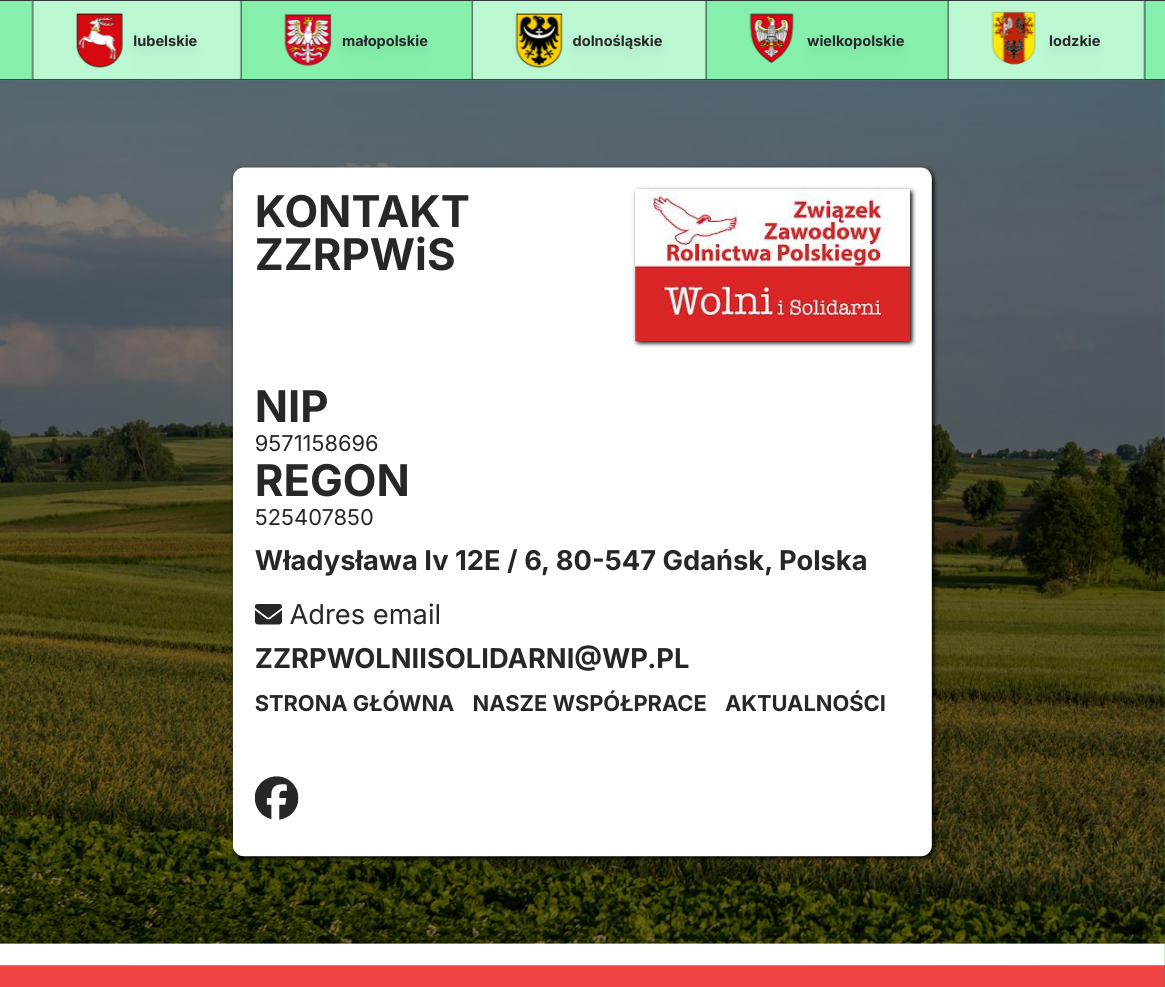
Repository: wesiudev/ZZRPWiS
Page: /kontakt
The author's editor kept a copy of each file at every save. The page is drawn from the files as they stood at one save, then again after the next save.
The browser window is 1280 px wide. The pictures show the whole page, at 91% of full size.
The project was rebuilt for these pictures with package versions that can differ from the ones it lists, and the page was loaded fresh each time. The framework's server and built-in components were replaced by stand-ins that run in the browser. Also part of the build but not shown: next.config.mjs.

Above is the page before, as saved 2024-08-14 21:01:43.

### src/app/layout.tsx
import { Inter } from "next/font/google";
import "./globals.css";
import { Cardo } from "next/font/google";
const cardo = Cardo({
  weight: ["400", "700"],
  style: ["normal", "italic"],
  subsets: ["latin"],
  display: "swap",
  variable: "--font-cardo",
});
const inter = Inter({ subsets: ["latin"] });

export default function RootLayout({
  children,
}: Readonly<{
  children: React.ReactNode;
}>) {
  return (
    <html lang="pl">
      <body
        className={`bg-gradient-to-r from-green-800 via-green-500 to-green-800 ${inter.className} ${cardo.variable}`}
      >
        {children}
      </body>
    </html>
  );
}

### src/app/kontakt/page.tsx
import Pause from "@/components/Pause";
import Regions from "@/components/Regions";
import { Metadata } from "next";
import Image from "next/image";
import Link from "next/link";
import { FaEnvelope, FaFacebook, FaTiktok, FaYoutube } from "react-icons/fa6";

export default async function Page() {
  return (
    <>
      <div className="z-10 relative">
        <Regions />
      </div>
      <div className="relative py-12 bg-heroBG min-h-screen w-full bg-center bg-no-repeat">
        <div className="absolute top-0 left-0 bg-black w-full h-full bg-opacity-50" />

        <div className="relative z-10">
          <div
            className="bg-white p-6 w-[95%] sm:w-[90%] md:w-[80%] lg:w-[70%] xl:w-[60%] 2xl:w-[50%] rounded-xl my-12 relative z-10 mx-auto"
            style={{ boxShadow: "2px 2px 5px #000000" }}
          >
            <div className="grid grid-cols-2 w-full">
              <div className="text-3xl lg:text-5xl font-bold text-zinc-800 text-left">
                KONTAKT ZZRPWiS
              </div>
              <Link
                href="/"
                className="flex items-end justify-end"
                title="przejdź na stronę główną"
              >
                <Image
                  src="/assets/logo.jpg"
                  width={224}
                  height={224}
                  alt=""
                  className="w-1/2 lg:w-auto mb-12"
                  style={{ boxShadow: "2px 2px 5px #000000" }}
                />
              </Link>
            </div>
            <ul className="text-zinc-800">
              <li className="text-2xl">
                <span className="text-2xl lg:text-5xl font-bold">NIP</span>{" "}
                <br /> 9571158696{" "}
              </li>
              <li className="text-2xl">
                <span className="text-2xl lg:text-5xl font-bold">REGON</span>{" "}
                <br /> 525407850{" "}
              </li>
            </ul>
            <h2 className="text-3xl font-bold mt-3 text-zinc-800">
              Władysława Iv 12E / 6, 80-547 Gdańsk, Polska
            </h2>
            <div className="flex items-center text-3xl text-zinc-800 mt-6">
              <FaEnvelope className="mr-2" /> Adres email
            </div>
            <Link
              title="Wyślij email"
              href="mailto:ZZRPWOLNIISOLIDARNI@WP.PL"
              className="flex items-center text-lg lg:text-3xl mt-3 text-zinc-800 font-bold hover:underline"
            >
              ZZRPWOLNIISOLIDARNI@WP.PL
            </Link>
            <div className="grid grid-cols-2 sm:grid-cols-3 md:flex flex-wrap space-x-5 text-zinc-800 mt-4 w-full pb-12">
              <Link
                title="przejdź na naszą stronę główną"
                className="text-base sm:text-lg lg:text-2xl 2xl:text-3xl font-bold"
                href="/"
              >
                STRONA GŁÓWNA
              </Link>
              <Link
                title="przejdź na nasze współprace"
                className="text-base sm:text-lg lg:text-2xl 2xl:text-3xl font-bold"
                href="/nasze-wspolprace"
              >
                NASZE WSPÓŁPRACE
              </Link>
              <Link
                title="zobacz nasze aktualności"
                className="text-base sm:text-lg lg:text-2xl 2xl:text-3xl font-bold"
                href="/aktualnosci"
              >
                AKTUALNOŚCI
              </Link>
            </div>
            <div className="flex items-center w-full space-x-4 text-zinc-800 py-4">
              {/* <Link href="#">
              <FaTiktok className="w-12 h-12" />
            </Link> */}
              <Link href="https://www.facebook.com/profile.php?id=61550239301123&paipv=0&eav=AfZer2jHkWSa-HmLrgFsTw3nhcupkP39hRtDJF9mHJ8yHD3mOZiyraXKsKpK0l_MQFQ">
                <FaFacebook className="w-12 h-12" />
              </Link>
              {/* <Link href="#">
              <FaYoutube className="w-12 h-12" />
            </Link> */}
            </div>
          </div>
        </div>
      </div>
      <div className="z-10 relative">
        <Pause />
      </div>
    </>
  );
}
export const metadata: Metadata = {
  viewport: "width=device-width, initial-scale=1",
  themeColor: "red",
  publisher: "wesiu.dev",
  manifest: "/manifest.json",
  verification: {
    google: "google85185d3abec28326.html",
  },
  icons: [
    {
      url: "/favicons/favicon-32x32.png",
      sizes: "32x32",
      type: "image/png",
    },
    {
      url: "/favicon.ico",
      sizes: "48x48",
      type: "image/x-icon",
    },
    {
      url: "/favicons/android-chrome-192x192.png",
      sizes: "192x192",
      type: "image/png",
    },
    {
      url: "/favicons/android-chrome-512x512.png",
      sizes: "512x512",
      type: "image/png",
    },
  ],
  title: "KONTAKT - Związek Zawodowy Rolnictwa Polskiego Wolni i Solidarni",
  description:
    "Wspieramy Rolników i osoby pracujące na rzecz Rolnictwa. Dbamy o ochronę godności, praw i interesów materialnych. Nie pozwólmy o upadek Polskiego sektora rolnictwa.",
  openGraph: {
    type: "website",
    url: "https://ZZRPWiS.pl",
    title: "KONTAKT - Związek Zawodowy Rolnictwa Polskiego Wolni i Solidarni",
    description:
      "Wspieramy Rolników i osoby pracujące na rzecz Rolnictwa. Dbamy o ochronę godności, praw i interesów materialnych. Nie pozwólmy o upadek Polskiego sektora rolnictwa.",
    siteName: "ZZRPWiS",
  },
};

### src/app/globals.css
@tailwind base;
@tailwind components;
@tailwind utilities;

:root {
  --foreground-rgb: 0, 0, 0;
  --background-start-rgb: 214, 219, 220;
  --background-end-rgb: 255, 255, 255;
}

@media (prefers-color-scheme: dark) {
  :root {
    --foreground-rgb: 255, 255, 255;
    --background-start-rgb: 0, 0, 0;
    --background-end-rgb: 0, 0, 0;
  }
}
.smallCaps {
  font-variant: small-caps;
}
body {
  color: rgb(var(--foreground-rgb));
  background: linear-gradient(
      to bottom,
      transparent,
      rgb(var(--background-end-rgb))
    )
    rgb(var(--background-start-rgb));
}

@layer utilities {
  .text-balance {
    text-wrap: balance;
  }
}
@keyframes move-from-right-to-left {
  0% {
    transform: translateX(-100%);
  }
  100% {
    transform: translateX(-50%);
  }
}

.move-from-right-to-left {
  animation: move-from-right-to-left 30s linear infinite;
}
.add_content_btn {
  @apply bg-white text-zinc-800 font-bold py-2 px-4  cursor-pointer border-dashed border-zinc-800 border-2 w-full hover:bg-gray-300 duration-300;
}
.add_image_btn {
  @apply bg-white text-zinc-800 font-bold py-2 px-4  cursor-pointer border-dashed border-zinc-800 border-2 w-full aspect-square hover:bg-gray-300 duration-300;
}
.icon-link {
  @apply flex flex-row items-center;
}
.icon {
  @apply h-4 w-4 mr-3;
}
.text-square {
  @apply text-justify;
}

### src/components/Pause.tsx
export default function Pause() {
  return (
    <div id="about" className="flex flex-col w-full">
      <div className="w-full bg-white h-6"></div>
      <div className="w-full bg-red-500 h-6"></div>
    </div>
  );
}

### src/components/Regions.tsx
import Image from "next/image";
import Link from "next/link";

export default function Regions() {
  return (
    <div className="w-full flex items-center overflow-hidden">
      <div className="flex flex-row move-from-right-to-left ml-[100%]">
        {regions.map((region: any, i: any) => (
          <div
            key={i}
            className={`flex text-zinc-800 w-max items-center px-12 py-3 border-l-2 border-zinc-800 border-t-2 ${
              i % 2 === 0 ? "bg-green-300" : "bg-green-200"
            }`}
          >
            <Image
              src={region.image}
              width={100}
              height={100}
              alt=""
              className="w-[50px] h-auto mr-3"
            />

            <h2 className="w-max font-bold text-zinc-800 drop-shadow-xl shadow-black">
              {region.name}
            </h2>
          </div>
        ))}
        {regions.map((region: any, i: any) => (
          <div
            key={i}
            className={`flex text-zinc-800 w-max items-center px-12 py-3 border-l border-zinc-800 border-y ${
              i % 2 === 0 ? "bg-green-300" : "bg-green-200"
            }`}
          >
            <Image
              src={region.image}
              width={100}
              height={100}
              alt=""
              className="w-[50px] h-auto mr-3"
            />
            <h2 className="w-max font-bold text-zinc-800 drop-shadow-xl shadow-black">
              {region.name}
            </h2>
          </div>
        ))}
      </div>
    </div>
  );
}

const regions = [
  { name: "warmińsko-mazurskie", image: "/assets/regions/warm-maz.png" },
  { name: "pomorskie", image: "/assets/regions/pom.png" },
  { name: "podlaskie", image: "/assets/regions/podl.png" },
  { name: "kujawsko-pomorskie", image: "/assets/regions/kuj-pom.png" },
  { name: "mazowieckie", image: "/assets/regions/maz.png" },
  { name: "lubelskie", image: "/assets/regions/lubelskie.png" },
  { name: "małopolskie", image: "/assets/regions/mal.png" },
  { name: "dolnośląskie", image: "/assets/regions/dolnoslaskie.png" },
  { name: "wielkopolskie", image: "/assets/regions/wielk.png" },
  { name: "lodzkie", image: "/assets/regions/lodz.png" },
  { name: "świętokrzyskie", image: "/assets/regions/swiet.png" },
  { name: "zachodniopomorskie", image: "/assets/regions/zach.png" },
];

### tailwind.config.ts
import type { Config } from "tailwindcss";

const config: Config = {
  content: [
    "./src/pages/**/*.{js,ts,jsx,tsx,mdx}",
    "./src/components/**/*.{js,ts,jsx,tsx,mdx}",
    "./src/app/**/*.{js,ts,jsx,tsx,mdx}",
  ],
  theme: {
    extend: {
      fontFamily: {
        cardo: ["var(--font-cardo)"],
      },
      backgroundImage: {
        heroBG: "url('/assets/heroBG.jpg')",
        "gradient-radial": "radial-gradient(var(--tw-gradient-stops))",
        "gradient-conic":
          "conic-gradient(from 180deg at 50% 50%, var(--tw-gradient-stops))",
      },
    },
  },
  plugins: [],
};
export default config;

After the next save:
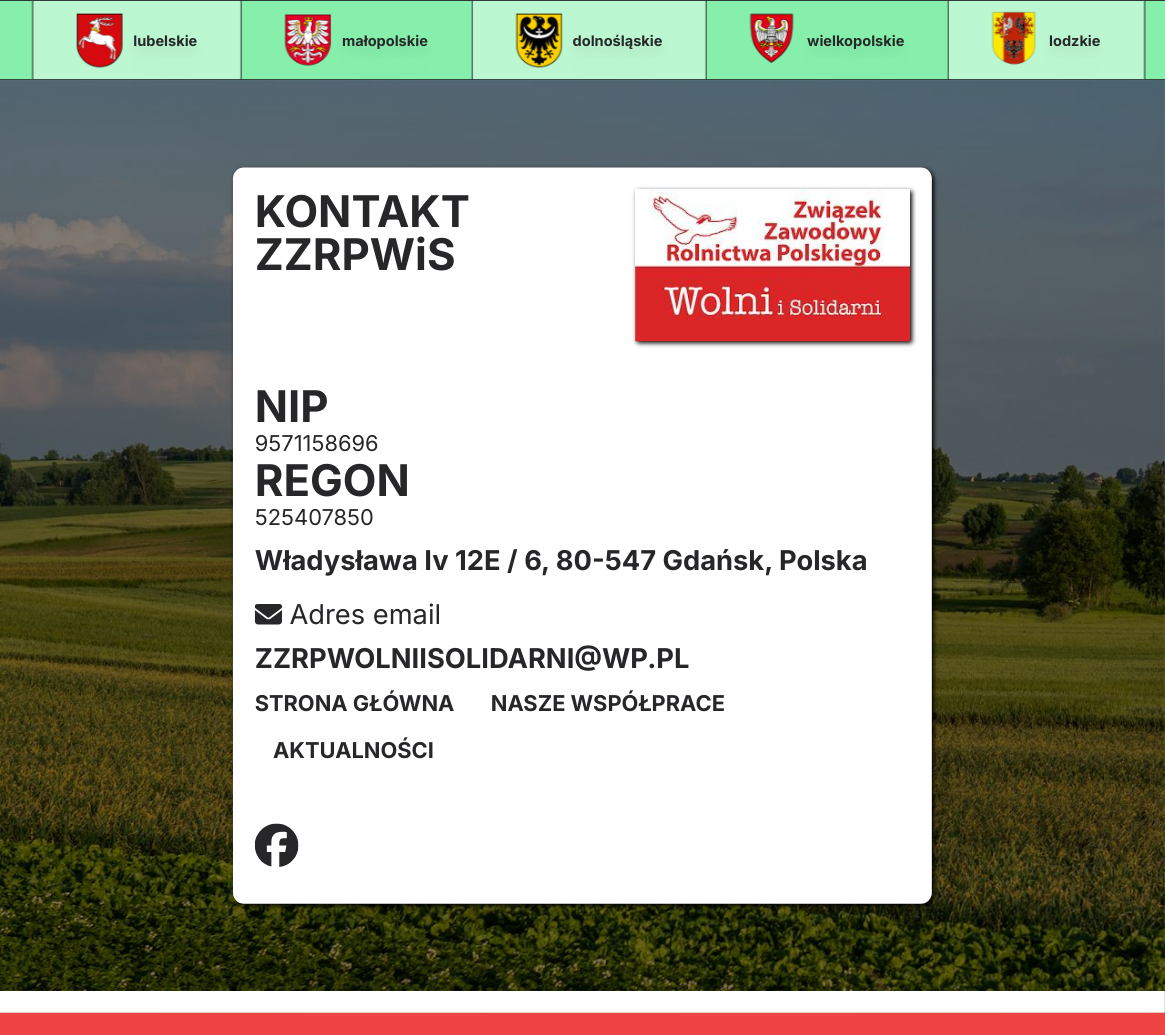
Saved 10 s later.
--- a/src/app/kontakt/page.tsx
+++ b/src/app/kontakt/page.tsx
@@ -61,7 +61,7 @@
             >
               ZZRPWOLNIISOLIDARNI@WP.PL
             </Link>
-            <div className="grid grid-cols-2 sm:grid-cols-3 md:flex flex-wrap space-x-5 text-zinc-800 mt-4 w-full pb-12">
+            <div className="grid grid-cols-2 sm:grid-cols-3 md:flex flex-wrap gap-5 space-x-5 text-zinc-800 mt-4 w-full pb-12">
               <Link
                 title="przejdź na naszą stronę główną"
                 className="text-base sm:text-lg lg:text-2xl 2xl:text-3xl font-bold"

After the 3 saves that followed:
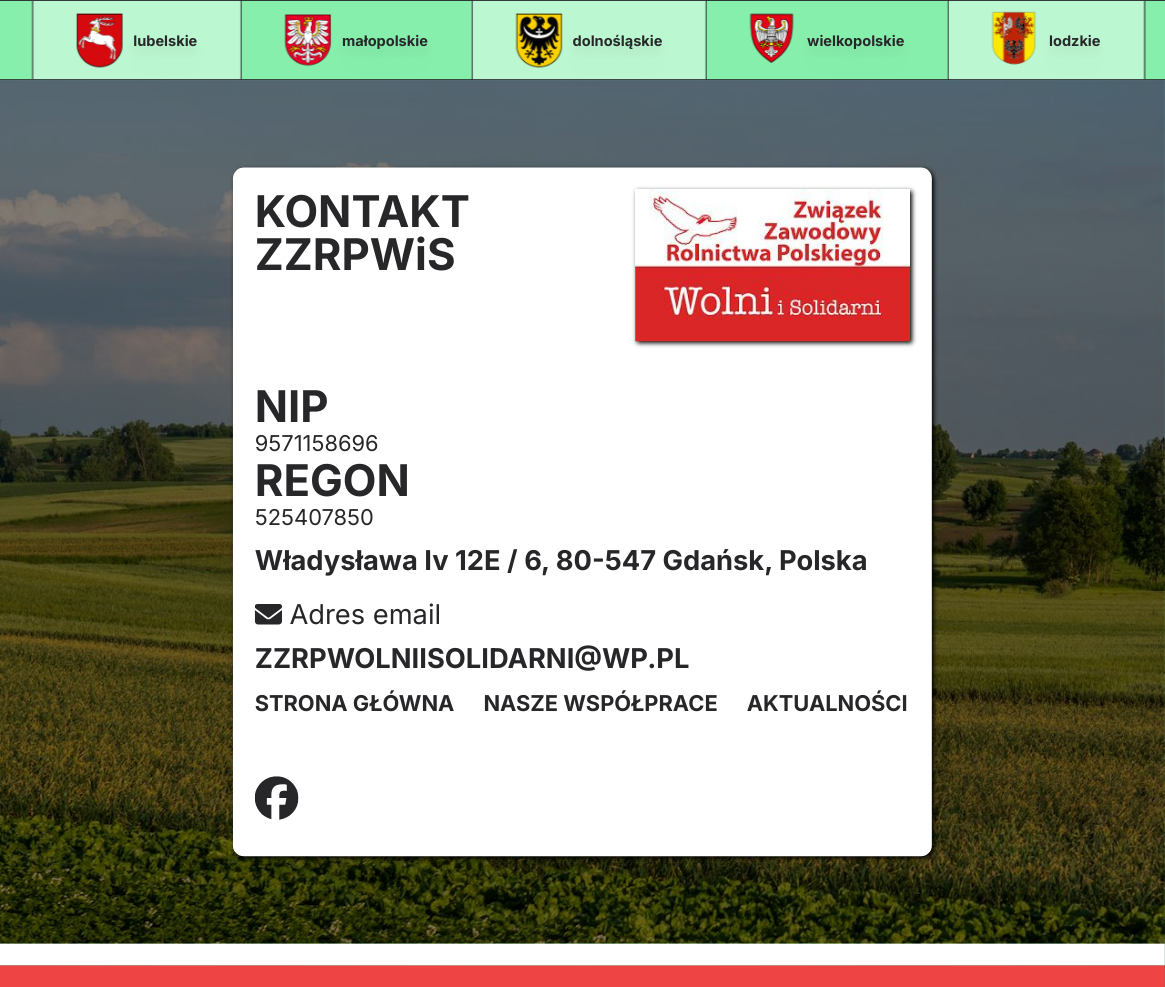
The 3 saves are shown as one change because 2 left the picture as it was.
The last was saved 29 s later.
--- a/src/app/kontakt/page.tsx
+++ b/src/app/kontakt/page.tsx
@@ -61,24 +61,24 @@
             >
               ZZRPWOLNIISOLIDARNI@WP.PL
             </Link>
-            <div className="grid grid-cols-2 sm:grid-cols-3 md:flex flex-wrap gap-5 space-x-5 text-zinc-800 mt-4 w-full pb-12">
+            <div className="grid grid-cols-2 sm:grid-cols-3 md:flex flex-wrap gap-3 md:space-x-5 text-zinc-800 mt-4 w-full pb-12">
               <Link
                 title="przejdź na naszą stronę główną"
-                className="text-base sm:text-lg lg:text-2xl 2xl:text-3xl font-bold"
+                className="text-base sm:text-lg lg:text-2xl 2xl:text-3xl font-bold w-max"
                 href="/"
               >
                 STRONA GŁÓWNA
               </Link>
               <Link
                 title="przejdź na nasze współprace"
-                className="text-base sm:text-lg lg:text-2xl 2xl:text-3xl font-bold"
+                className="text-base sm:text-lg lg:text-2xl 2xl:text-3xl font-bold w-max"
                 href="/nasze-wspolprace"
               >
                 NASZE WSPÓŁPRACE
               </Link>
               <Link
                 title="zobacz nasze aktualności"
-                className="text-base sm:text-lg lg:text-2xl 2xl:text-3xl font-bold"
+                className="text-base sm:text-lg lg:text-2xl 2xl:text-3xl font-bold w-max"
                 href="/aktualnosci"
               >
                 AKTUALNOŚCI
